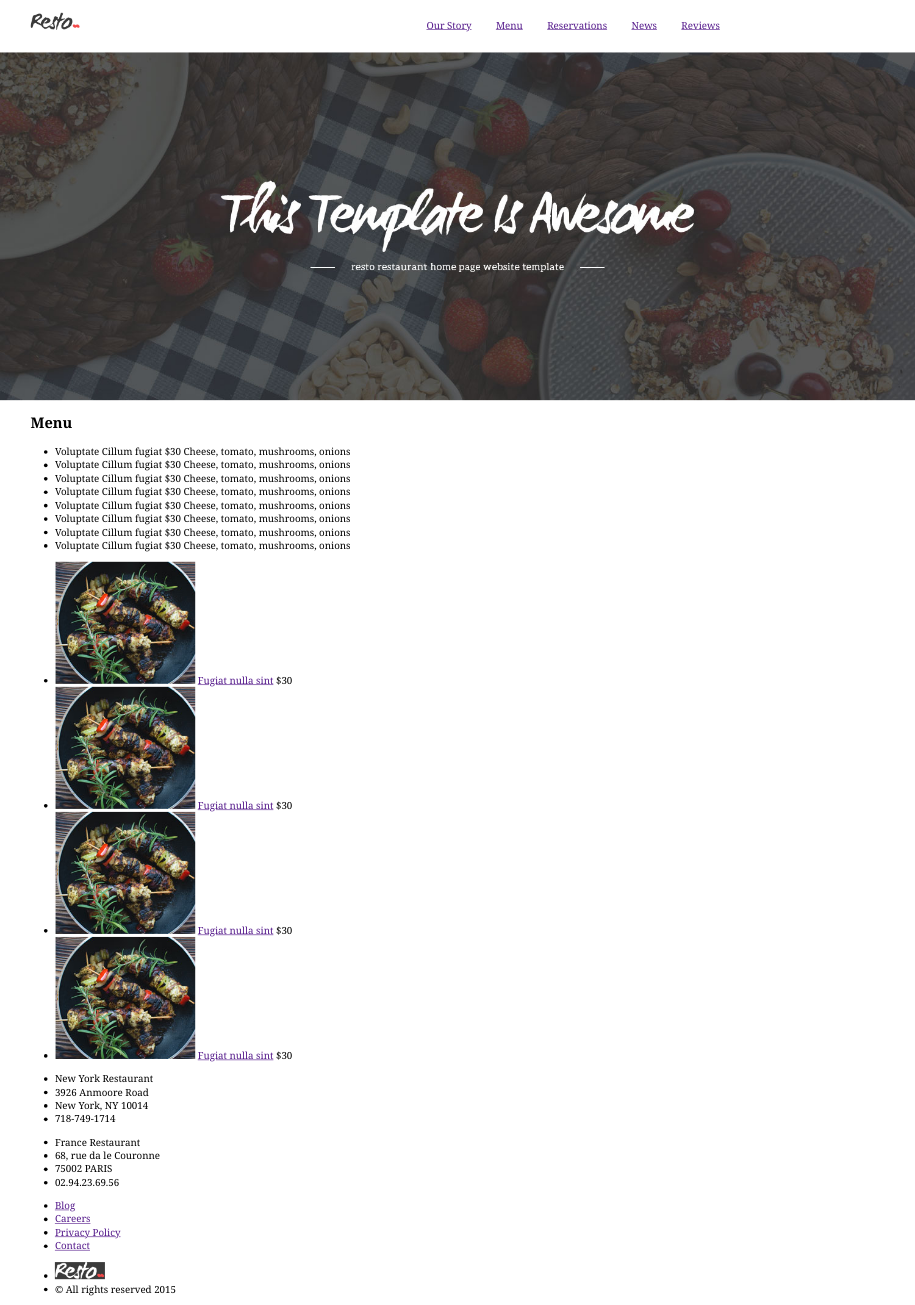
Repository: Piterwk1/psd-to-wordpress
Page: index.html
The author's editor kept a copy of each file at every save. The page is drawn from the files as they stood at one save, then again after the next save.
The browser window is 1280 px wide. The page is 1500 px wide, so the pictures cover 1500 px, including what lies to the right of the window. The pictures show the whole page, at 61% of full size.

Above is the page before, as saved 2021-09-21 05:43:29.

### index.html
<html lang="en">

<head>
    <meta charset="UTF-8">
    <meta http-equiv="X-UA-Compatible" content="IE=edge">
    <meta name="viewport" content="width=device-width, initial-scale=1.0">
    <title>Resto</title>
    <link rel="stylesheet" href="style.css">
</head>

<body>

    <header>
        <div class="wrapper" id="headerWrapper">
            <h1 class="logo">Rest</h1>
            <nav>
                <h2>Main Navigation</h2>
                <ul>
                    <li><a href="">Our Story</a></li>
                    <li><a href="">Menu</a></li>
                    <li><a href="">Reservations</a></li>
                    <li><a href="">News</a></li>
                    <li><a href="">Reviews</a></li>
                </ul>
            </nav>
        </div>
    </header>

    <!-- start homepage content -->

    <div id="main-banner">
        <img src="images/banner.jpg" alt="Welcome to Resto">
    </div>

    <div class="wrapper">
        <section id="home-menu">
            <h2>Menu</h2>
            <ul>
                <li>
                    <span class="dish">Voluptate Cillum fugiat</span>
                    <span class="price">$30</span>
                    <span class="description">Cheese, tomato, mushrooms, onions</span>
                </li>
                <li>
                    <span class="dish">Voluptate Cillum fugiat</span>
                    <span class="price">$30</span>
                    <span class="description">Cheese, tomato, mushrooms, onions</span>
                </li>
                <li>
                    <span class="dish">Voluptate Cillum fugiat</span>
                    <span class="price">$30</span>
                    <span class="description">Cheese, tomato, mushrooms, onions</span>
                </li>
                <li>
                    <span class="dish">Voluptate Cillum fugiat</span>
                    <span class="price">$30</span>
                    <span class="description">Cheese, tomato, mushrooms, onions</span>
                </li>
                <li>
                    <span class="dish">Voluptate Cillum fugiat</span>
                    <span class="price">$30</span>
                    <span class="description">Cheese, tomato, mushrooms, onions</span>
                </li>
                <li>
                    <span class="dish">Voluptate Cillum fugiat</span>
                    <span class="price">$30</span>
                    <span class="description">Cheese, tomato, mushrooms, onions</span>
                </li>
                <li>
                    <span class="dish">Voluptate Cillum fugiat</span>
                    <span class="price">$30</span>
                    <span class="description">Cheese, tomato, mushrooms, onions</span>
                </li>
                <li>
                    <span class="dish">Voluptate Cillum fugiat</span>
                    <span class="price">$30</span>
                    <span class="description">Cheese, tomato, mushrooms, onions</span>
                </li>
            </ul>
        </section>

        <section id="featured">
            <ul>
                <li>
                    <img src="images/thumb-1.jpg">
                    <a href="">Fugiat nulla sint</a>
                    <span>$30</span>
                    <span class="rating"></span>
                </li>
                <li>
                    <img src="images/thumb-1.jpg">
                    <a href="">Fugiat nulla sint</a>
                    <span>$30</span>
                    <span class="rating"></span>
                </li>
                <li>
                    <img src="images/thumb-1.jpg">
                    <a href="">Fugiat nulla sint</a>
                    <span>$30</span>
                    <span class="rating"></span>
                </li>
                <li>
                    <img src="images/thumb-1.jpg">
                    <a href="">Fugiat nulla sint</a>
                    <span>$30</span>
                    <span class="rating"></span>
                </li>
            </ul>
        </section>
    </div>

    <!-- end homepage content -->

    <footer>
        <div class="wrapper">
            <ul>
                <li>New York Restaurant</li>
                <li>3926 Anmoore Road</li>
                <li>New York, NY 10014</li>
                <li>718-749-1714</li>
            </ul>
            <ul>
                <li>France Restaurant</li>
                <li>68, rue da le Couronne</li>
                <li>75002 PARIS</li>
                <li>02.94.23.69.56</li>
            </ul>
            <ul>
                <li><a href="">Blog</a></li>
                <li><a href="">Careers</a></li>
                <li><a href="">Privacy Policy</a></li>
                <li><a href="">Contact</a></li>
            </ul>
            <ul>
                <li><img src="images/white-logo.png" alt="logo"></li>
                <li>&copy; All rights reserved 2015</li>

            </ul>
        </div>
    </footer>
</body>

</html>

### style.css
body {
    font-family: Georgia, 'Times New Roman', Times, serif;
    margin: 0;
}

.wrapper {
    width: 100%;
    max-width: 1180px;
    padding: 0 10px;
    margin:  0 auto;
}

h1.logo {
    background-image: url(images/logo.png);
    background-repeat: no-repeat;
    width: 100px;
    text-indent: -10000px;
}

#headerWrapper {
    display: flex;
    justify-content: space-between;
    width: 100%;
}

nav {

  margin-right: 10px;

}

#headerWrapper nav h2 {
    text-indent: -100000px;
    height: 0;
    margin: 0;
}

#headerWrapper nav ul {
   display: flex;
   justify-content: space-evenly;
   list-style-type:  none;
   margin: 10px 20px;
}
#headerWrapper nav li {

   margin: 20px 20px;
}

After the next save:
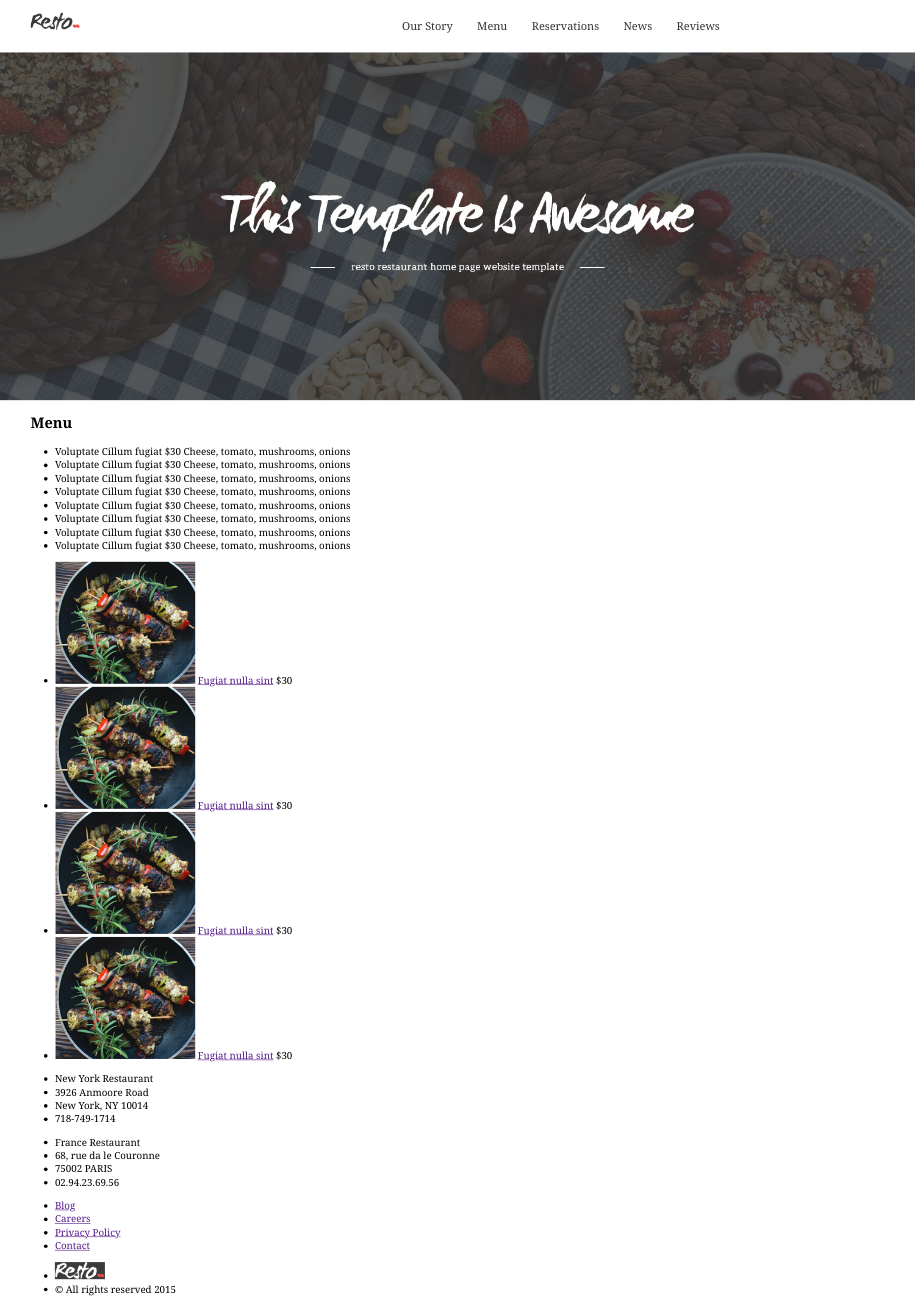
Saved 2 min 23 s later.
--- a/style.css
+++ b/style.css
@@ -45,3 +45,8 @@ nav {
 
    margin: 20px 20px;
 }
+#headerWrapper nav li a{
+   text-decoration: none;
+   color: #333;
+   font-size: 18px;
+}
